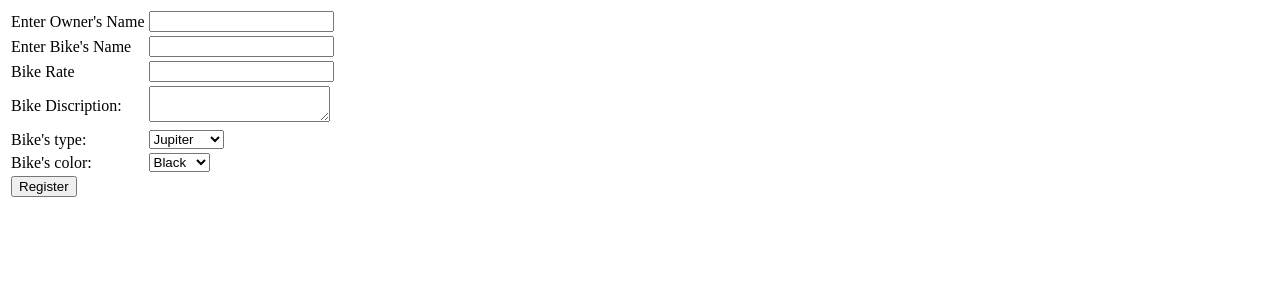
Repository: shivanishinde30/shivanisss
Page: http://localhost/BikeSellDemo/WEB-INF/views/sellbike.jsp
These files come from the project's save history. The page is drawn as it stood at one moment and after the next save; the edit follows.
The browser window is 1280 px wide. The pictures show the whole page.
The page is served by Tomcat 9. Nobody is signed in. Other server files are loaded and not shown. The template is opened directly, without the code that normally fills it, so the values that code supplies are empty.

Above is the page before, as saved 2019-12-03 05:08:15.

### BikeSellDemo/src/main/webapp/WEB-INF/views/sellbike.jsp
<%@ page language="java" contentType="text/html; charset=UTF-8"
    pageEncoding="UTF-8"%>
<!DOCTYPE html>
<html>
<head>
<meta charset="UTF-8">
<title>Insert title here</title>
</head>
<body>

<form action="addBike">
<table>

<tr>
<td>Enter Owner's Name</td>
<td><input type="text" name="oname"></td>
</tr>

<tr>
<td>Enter Bike's Name</td>
<td><input type="text" name="bname"></td>
</tr>

<tr>
<td>Bike Rate</td>
<td><input type="text" name="rate"></td>
</tr>

<tr>
<td>Bike Discription:</td>
<td><textarea  rows="2" cols="20" name="disc" ></textarea></td>
</tr>

<tr>
<td>Bike's type:</td>
<td>
<select name="type">
<option>Jupiter</option>
<option>Activa</option>
<option>Wego</option>
<option>Pleasure</option>
</select>
</td>
</tr>

<tr>
<td>Bike's color:</td>
<td>
<select name="color">
<option>Black</option>
<option>White</option>
<option>Silver</option>
<option>Yellow</option>
</select>
</td>
</tr>
<tr>
<td><input type="submit" name="btn" value="Register"></td>
</tr>

</table>
</form>
</body>
</html>

After the next save:
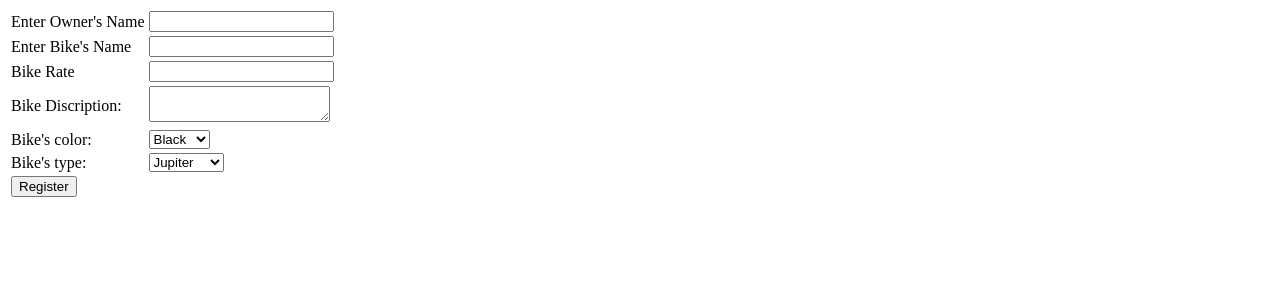
Saved 16 s later.
--- a/BikeSellDemo/src/main/webapp/WEB-INF/views/sellbike.jsp
+++ b/BikeSellDemo/src/main/webapp/WEB-INF/views/sellbike.jsp
@@ -32,6 +32,18 @@
 </tr>
 
 <tr>
+<td>Bike's color:</td>
+<td>
+<select name="color">
+<option>Black</option>
+<option>White</option>
+<option>Silver</option>
+<option>Yellow</option>
+</select>
+</td>
+</tr>
+
+<tr>
 <td>Bike's type:</td>
 <td>
 <select name="type">
@@ -43,17 +55,7 @@
 </td>
 </tr>
 
-<tr>
-<td>Bike's color:</td>
-<td>
-<select name="color">
-<option>Black</option>
-<option>White</option>
-<option>Silver</option>
-<option>Yellow</option>
-</select>
-</td>
-</tr>
+
 <tr>
 <td><input type="submit" name="btn" value="Register"></td>
 </tr>
